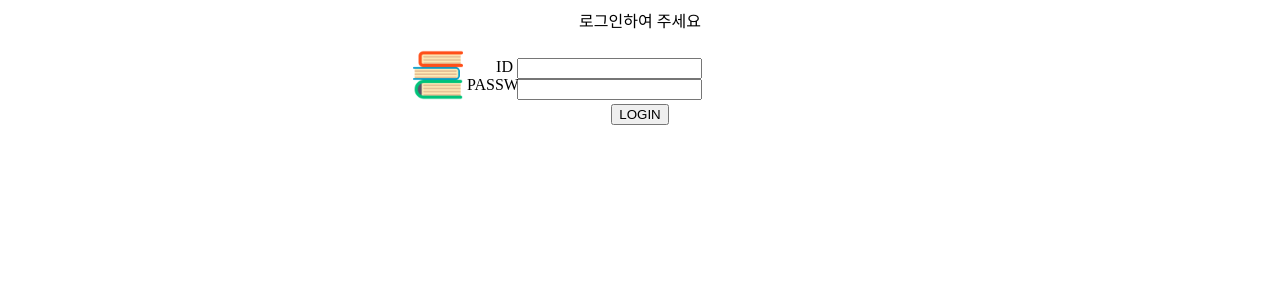
Repository: Minnaldo/Dev
Page: BackEnd/Eworkspace/ws_0911/WebContent/Login.html
An editor plug-in stored every save of this project. The page is shown before and after the next save, followed by the edit.
The browser window is 1280 px wide. The pictures show the whole page.

Above is the page before, as saved 2019-09-13 05:17:45.

After the next save:
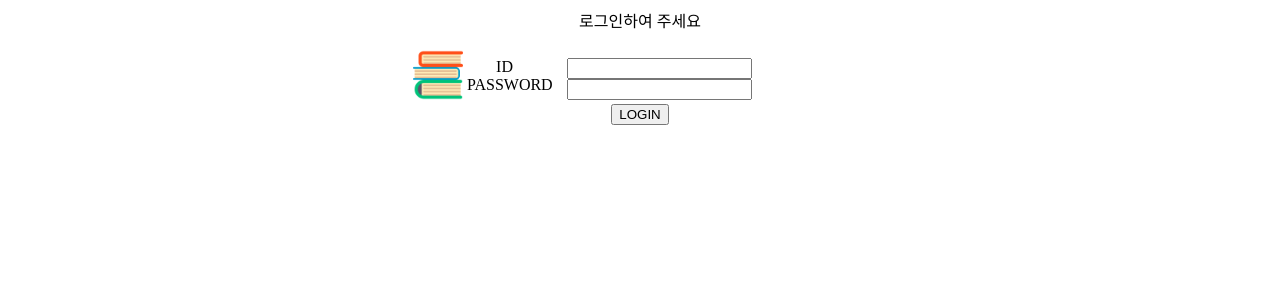
Saved 24 s later.
--- a/BackEnd/Eworkspace/ws_0911/WebContent/Login.html
+++ b/BackEnd/Eworkspace/ws_0911/WebContent/Login.html
@@ -42,7 +42,7 @@
 			<br>
 			<img src="./images/books.png" alt="books" style="width: 50px;">
 			<div style="display: inline-block; width: 400px; ">
-			<div style='float: left; width: 50px'>
+			<div style='float: left; width: 50px; margin-right: 50px'>
 				<td>
 				<div style="text-align : right;" >ID&nbsp; </div>
 				</td>
